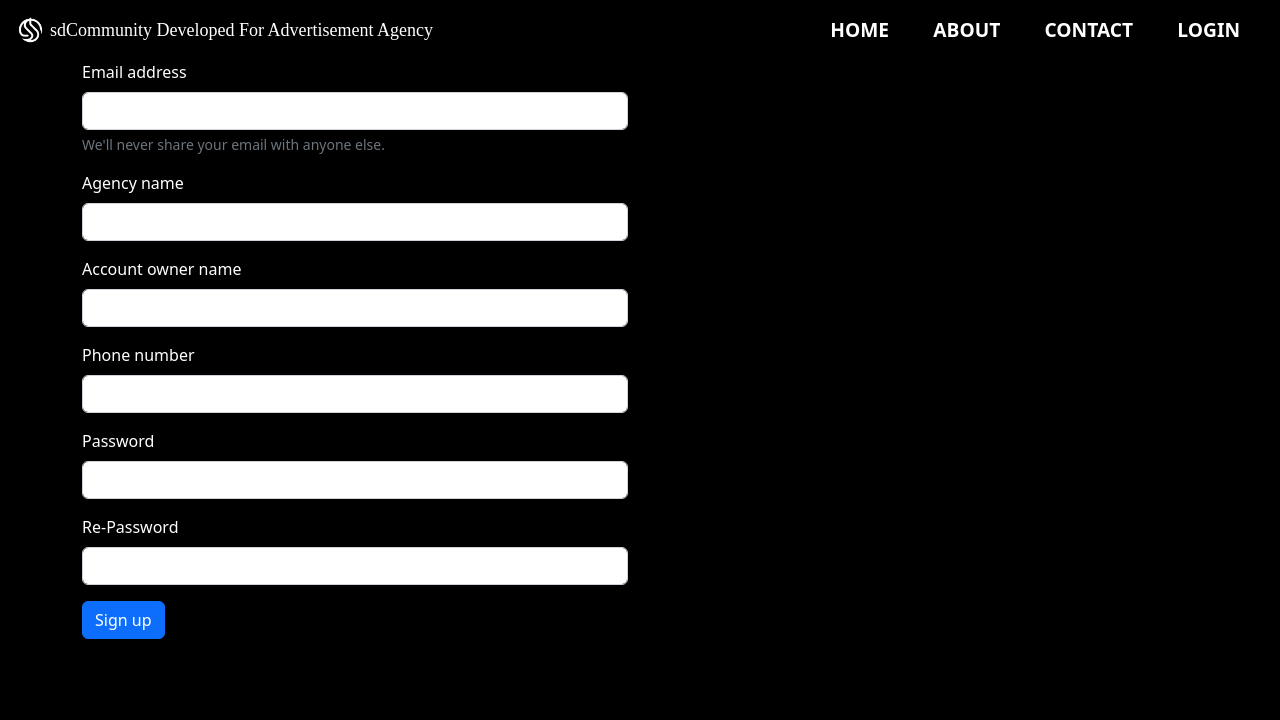
Repository: jaseem1999/sdCommunity
Page: http://localhost/sdCommunity/AdvSign.jsp
These files come from the project's save history. The page is drawn as it stood at one moment and after the next save; the edit follows.
The browser window is 1280 px wide. The pictures show the whole page.
The page is served by Tomcat 9.

Above is the page before, as saved 2023-10-17 04:53:55.

After the next save:
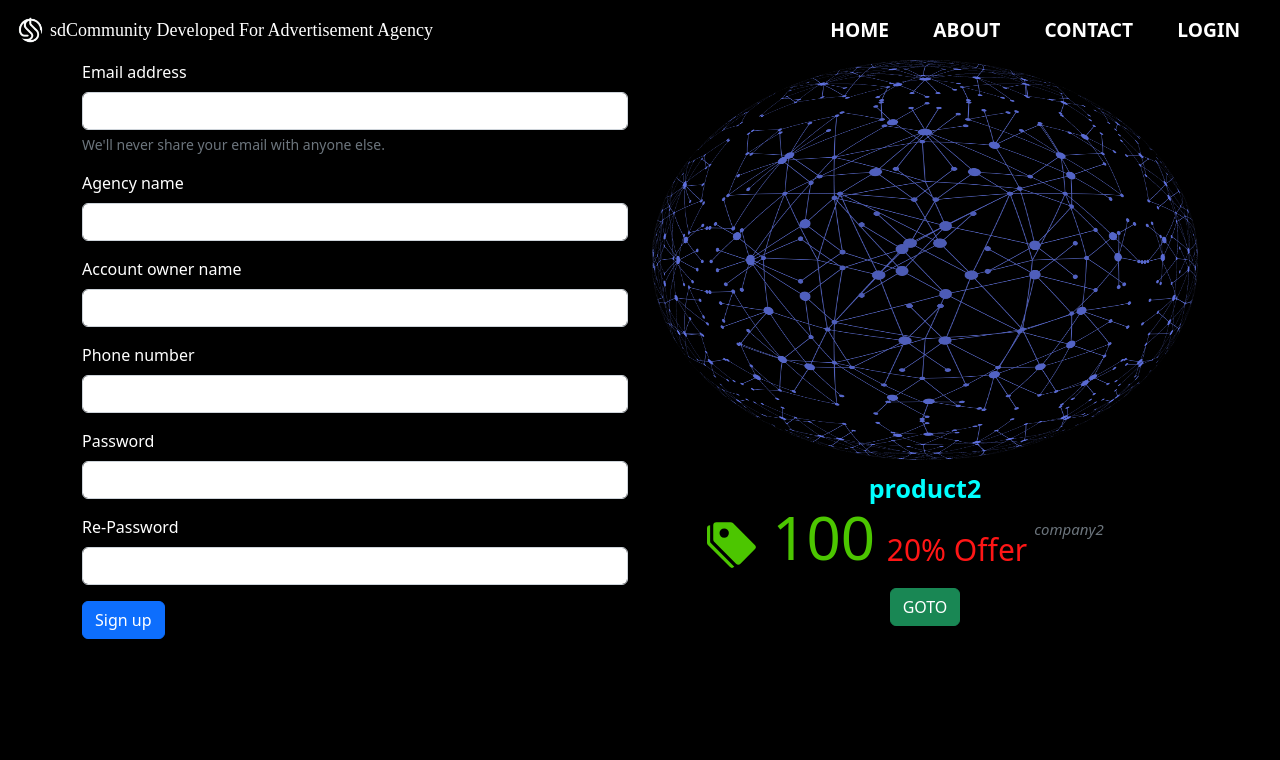
Saved 5 min 27 s later.
--- a/sdCommunity/src/main/webapp/AdvSign.jsp
+++ b/sdCommunity/src/main/webapp/AdvSign.jsp
@@ -62,6 +62,47 @@ a {
 .hide {
   display: none;
 }
+#adsBox{
+		height: 700px;
+	}
+	.w-100{
+		height: 400px;
+		width: 300px;
+	}
+	.pName{
+		text-align: center;
+    	font-size: 25px;
+    	font-weight: 900;
+    	color: cyan;
+    	margin: 10px;
+	}
+	.cName{
+		position: relative;
+    	font-size: 15px;
+    	margin-right: 30px;
+    	left: 70%;
+    	color: #6c757d;
+    	font-style: italic;
+	}
+	.priceName{
+		position: relative;
+    	font-size: 60px;
+    	margin-right: 30px;
+    	left: 10%;
+    	color: #4cc600;
+    	margin-top: -64px;
+	}
+	.oName{
+		position: relative;
+	    font-size: 30px;
+	    margin-right: 30px;
+	    left: 43%;
+	    color: #ff1616;
+	    margin-top: -71px;
+	}
+
+
+
 @media screen and (min-width: 890px) {
   .nav__link {
     display: block;
@@ -80,6 +121,7 @@ a {
     display: none;
   }
 }
+
 </style>
 </head>
 <body>
@@ -134,7 +176,55 @@ a {
 				</form>
 			</div>
 			<div class="col">
-
+				<div id="carouselExampleSlidesOnly" class="carousel slide" data-ride="carousel">
+					  <div class="carousel-inner" id="adsBox">
+					    <div class="carousel-item active">
+					      	<img class="d-block w-100" src="./img/sn2..png" alt="First slide">
+					      <p class="pName">product2</p>
+					      <p class="cName">company2</p>
+					      <p class="priceName">
+					      <svg xmlns="http://www.w3.org/2000/svg" width="50" height="50" fill="currentColor" class="bi bi-tags-fill" viewBox="0 0 16 16">
+							  <path d="M2 2a1 1 0 0 1 1-1h4.586a1 1 0 0 1 .707.293l7 7a1 1 0 0 1 0 1.414l-4.586 4.586a1 1 0 0 1-1.414 0l-7-7A1 1 0 0 1 2 6.586V2zm3.5 4a1.5 1.5 0 1 0 0-3 1.5 1.5 0 0 0 0 3z"/>
+							  <path d="M1.293 7.793A1 1 0 0 1 1 7.086V2a1 1 0 0 0-1 1v4.586a1 1 0 0 0 .293.707l7 7a1 1 0 0 0 1.414 0l.043-.043-7.457-7.457z"/>
+						  </svg>
+					      100</p>
+					      <p class="oName">20% Offer</p>
+					      <div style="text-align: center;">
+					      	<a href="" class="btn btn-success">goto</a>
+					      </div>
+					    </div>
+					    <div class="carousel-item" id="adsBox">
+					      <img class="d-block w-100" src="./img/thirdOneMainPage.jpg" alt="Second slide">
+					      <p class="pName">product3</p>
+					      <p class="cName">company3</p>
+					      <p class="priceName">
+					      <svg xmlns="http://www.w3.org/2000/svg" width="50" height="50" fill="currentColor" class="bi bi-tags-fill" viewBox="0 0 16 16">
+							  <path d="M2 2a1 1 0 0 1 1-1h4.586a1 1 0 0 1 .707.293l7 7a1 1 0 0 1 0 1.414l-4.586 4.586a1 1 0 0 1-1.414 0l-7-7A1 1 0 0 1 2 6.586V2zm3.5 4a1.5 1.5 0 1 0 0-3 1.5 1.5 0 0 0 0 3z"/>
+							  <path d="M1.293 7.793A1 1 0 0 1 1 7.086V2a1 1 0 0 0-1 1v4.586a1 1 0 0 0 .293.707l7 7a1 1 0 0 0 1.414 0l.043-.043-7.457-7.457z"/>
+						  </svg>
+					      100</p>
+					      <p class="oName">20% Offer</p>
+					     <div style="text-align: center;">
+					      	<a href="" class="btn btn-success">goto</a>
+					      </div>
+					    </div>
+					    <div class="carousel-item" id="adsBox">
+					      <img class="d-block w-100" src="./img/Idea.png" alt="Third slide">
+					      <p class="pName">product4</p>
+					      <p class="cName">company4</p>
+					      <p class="priceName">
+					      <svg xmlns="http://www.w3.org/2000/svg" width="50" height="50" fill="currentColor" class="bi bi-tags-fill" viewBox="0 0 16 16">
+							  <path d="M2 2a1 1 0 0 1 1-1h4.586a1 1 0 0 1 .707.293l7 7a1 1 0 0 1 0 1.414l-4.586 4.586a1 1 0 0 1-1.414 0l-7-7A1 1 0 0 1 2 6.586V2zm3.5 4a1.5 1.5 0 1 0 0-3 1.5 1.5 0 0 0 0 3z"/>
+							  <path d="M1.293 7.793A1 1 0 0 1 1 7.086V2a1 1 0 0 0-1 1v4.586a1 1 0 0 0 .293.707l7 7a1 1 0 0 0 1.414 0l.043-.043-7.457-7.457z"/>
+						  </svg>
+					      100</p>
+					      <p class="oName">20% Offer</p>
+					      <div style="text-align: center;">
+					      	<a href="" class="btn btn-success">goto</a>
+					      </div>
+					    </div>
+					  </div>
+					</div>
 			</div>
 		</div>
 	</div>
